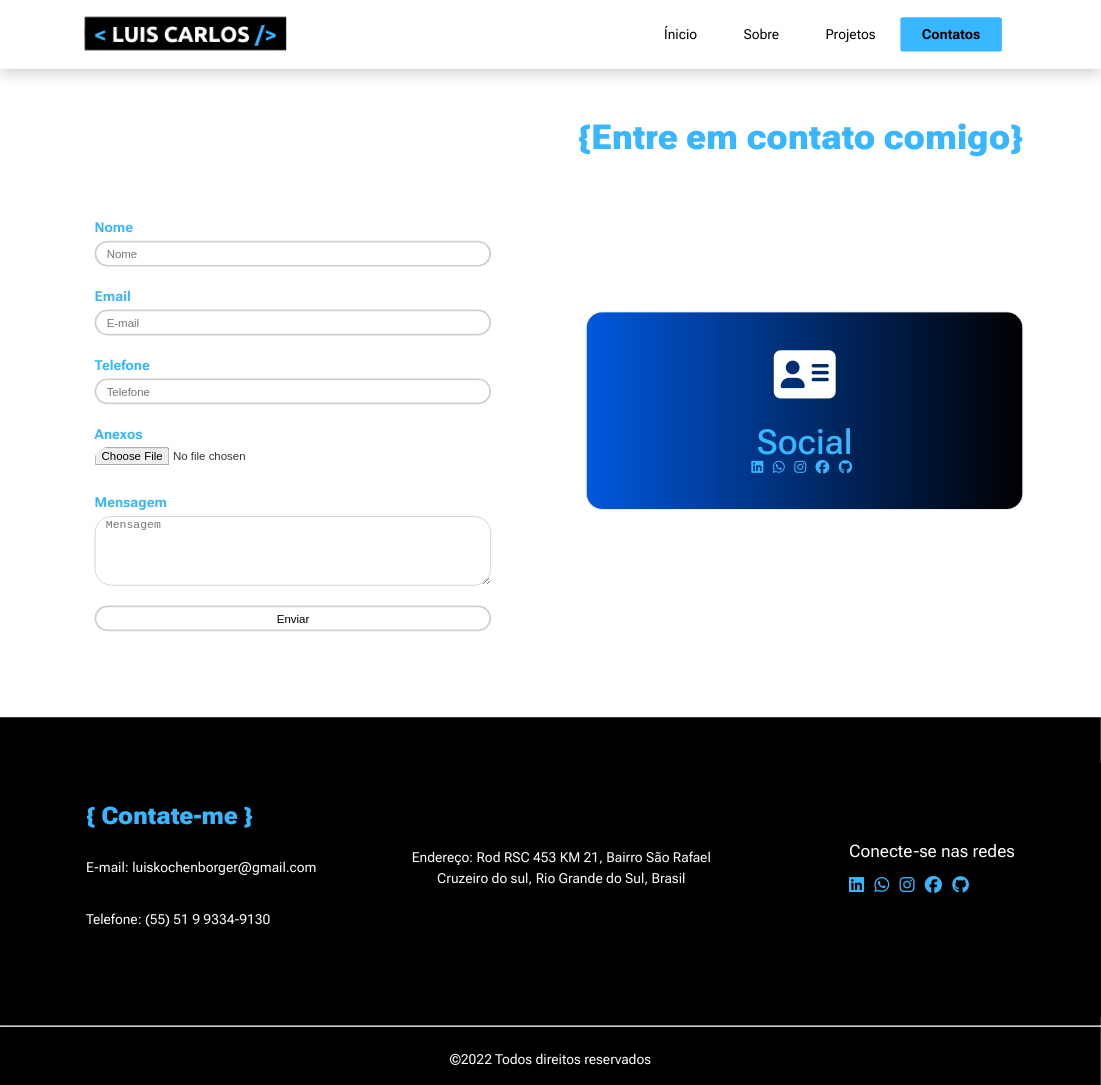
Repository: Iluiscarlos/SitePortifolio
Page: contacts.html
These files come from the project's save history. The page is drawn as it stood at one moment and after the next save; the edit follows.
The browser window is 1280 px wide. The pictures show the whole page, at 86% of full size.
Some web libraries are served in a nearby version.

Above is the page before, as saved 2022-05-25 19:46:41.

After the next save:
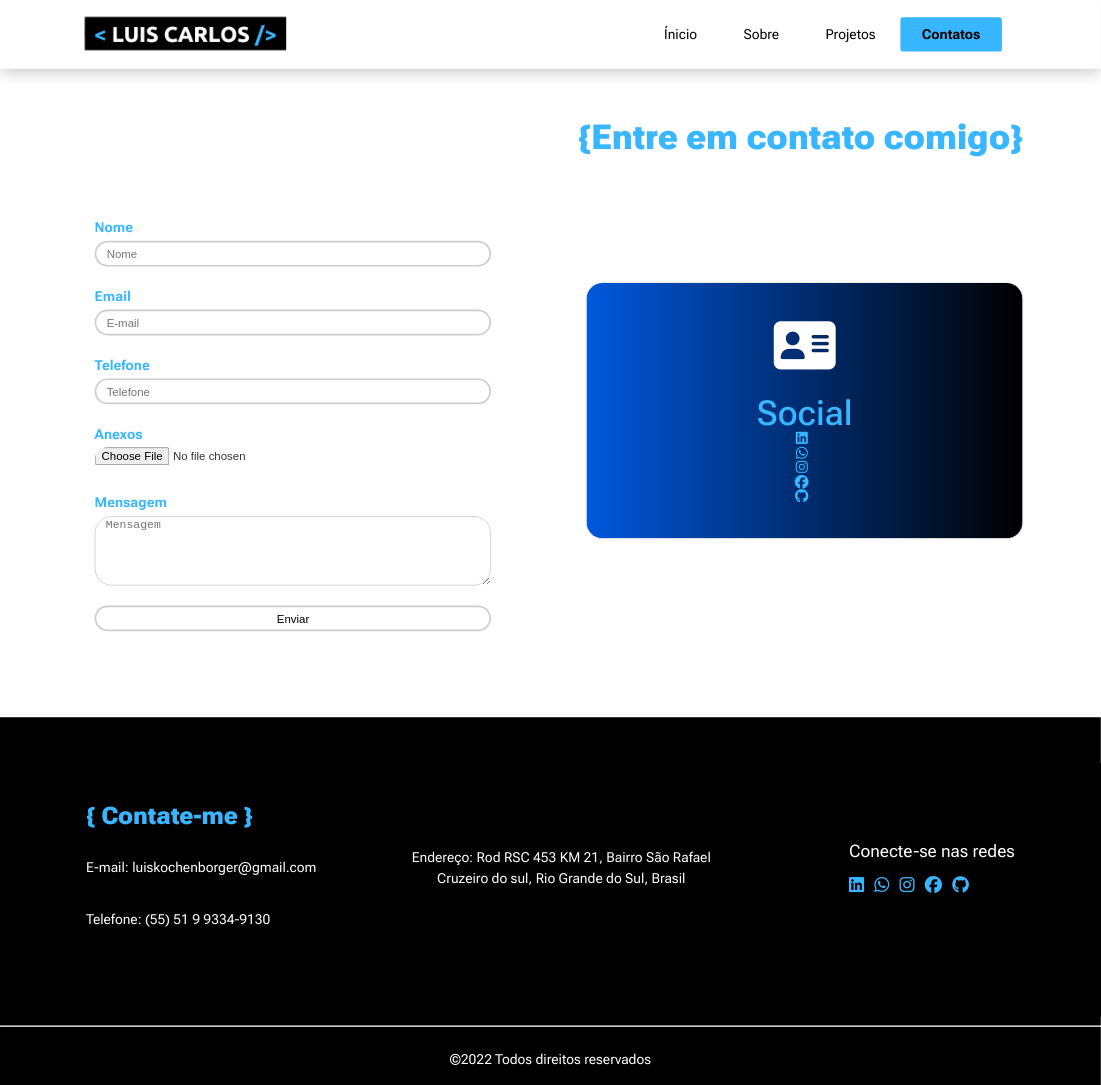
Saved 33 s later.
--- a/contacts.html
+++ b/contacts.html
@@ -62,15 +62,15 @@
             </div>
             <h1 class="subtitle">Social</h1>
             <a class="icon__small" href="https://www.linkedin.com/in/luis-carlos-kochenborger" target="_blank"><i
-                class="fa-brands fa-linkedin"></i></a>
+                class="fa-brands fa-linkedin"></i></a><br>
         <a class="icon__small" href="https://api.whatsapp.com/send?phone=5551993349130&text=Contate-me"
-            target="_blank"><i class="fa-brands fa-whatsapp"></i></a>
+            target="_blank"><i class="fa-brands fa-whatsapp"></i></a><br>
         <a class="icon__small" href="https://www.instagram.com/iluis.kochenborger/" target="_blank"><i
-                class="fa-brands fa-instagram"></i></a>
+                class="fa-brands fa-instagram"></i></a><br>
         <a class="icon__small" href="https://www.facebook.com/luiscarlos.kochenborger/" target="_blank"><i
-                class="fa-brands fa-facebook"></i></a>
+                class="fa-brands fa-facebook"></i></a><br>
         <a class="icon__small" href="https://github.com/Iluiscarlos" target="_blank"><i
-                class="fa-brands fa-github"></i></a>
+                class="fa-brands fa-github"></i></a><br>
             </div>
     </section>
 
